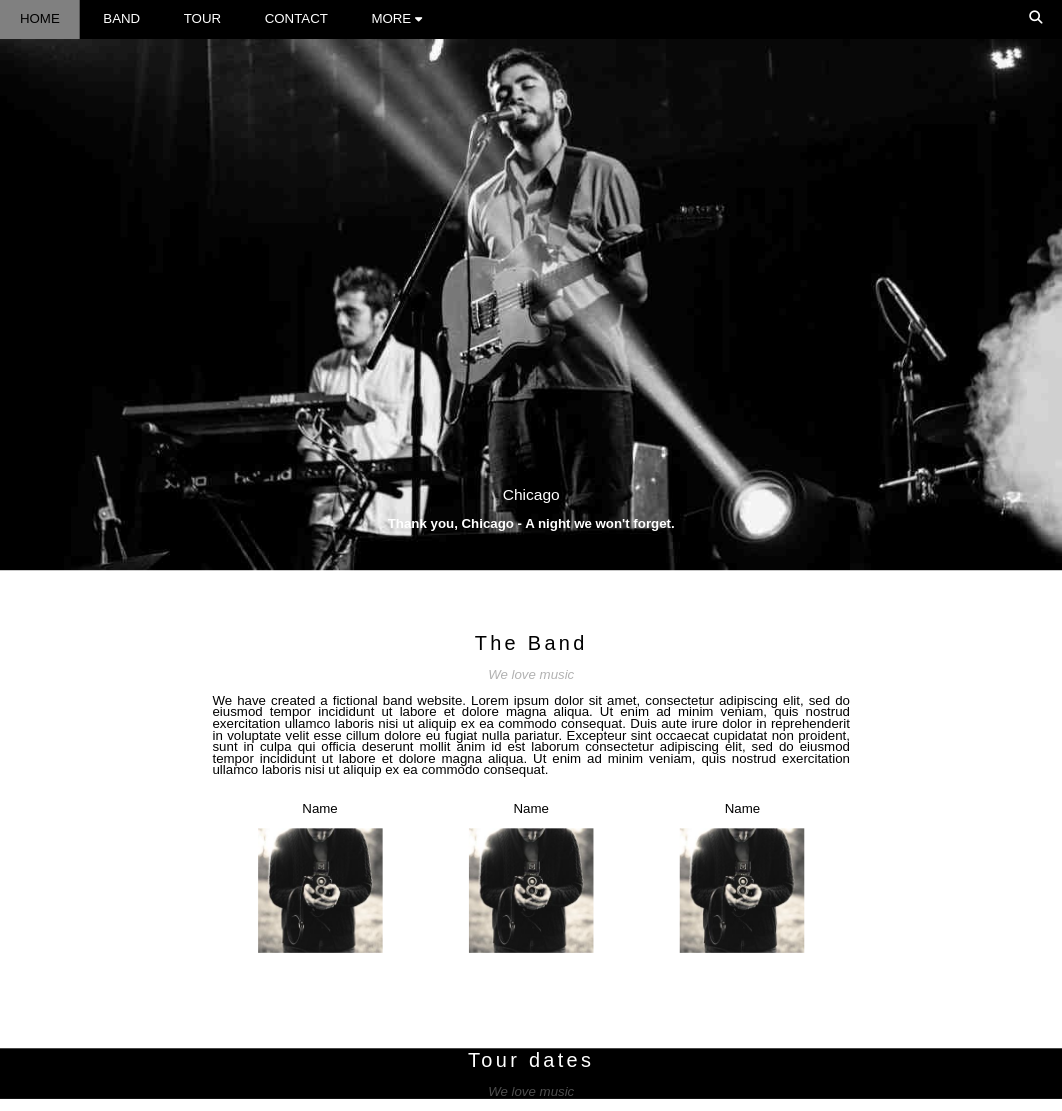
Repository: ngotranphuongbao/theband
Page: index.html
These files come from the project's save history. The page is drawn as it stood at one moment and after the next save; the edit follows.
The browser window is 1280 px wide. The pictures show the whole page, at 83% of full size.
Some web libraries are served in a nearby version.

Above is the page before, as saved 2022-12-21 09:08:41.

### index.html
<!DOCTYPE html>
<html lang="en">
<head>
    <meta charset="UTF-8">
    <meta http-equiv="X-UA-Compatible" content="IE=edge">
    <meta name="viewport" content="width=device-width, initial-scale=1.0">
    <title>Document</title>
    <link rel="stylesheet" href="./assets/css/style.css">
    <script src="https://kit.fontawesome.com/55a0c61423.js" crossorigin="anonymous"></script>
</head>
<body>
    <div id="main">
        <div id="header">
            <ul id="nav">
                <li><a href="">Home</a></li>
                <li><a href="">Band</a></li>
                <li><a href="">Tour</a></li>
                <li><a href="">Contact</a></li>
                <li>
                    <a href="">
                        More
                        <i class="fa-solid fa-caret-down"></i>
                    </a>
                    <ul id="subnav">
                        <li><a href="">Merchandise</a></li>
                        <li><a href="">Extras</a></li>
                        <li><a href="">Media</a></li>
                    </ul>
                </li>
            </ul>
            <div id="search">
                <i class="fa-solid fa-magnifying-glass"></i>
            </div>
        </div>

        <div id="slider">
            <div id="slider-caption">
                <h3>Chicago</h3>
                <p><b>Thank you, Chicago - A night we won't forget.</b></p>
            </div>

        </div>

        <div id="content">
            <div id="the-band">
                <div class="section-name">
                    <h2 class="section-title">The Band</h2>
                    <p class="section-subtitle">We love music</p>
                </div>
                <p id="the-band-content">We have created a fictional band website. Lorem ipsum dolor sit amet, consectetur adipiscing elit, sed do eiusmod tempor incididunt ut labore et dolore magna aliqua. Ut enim ad minim veniam, quis nostrud exercitation ullamco laboris nisi ut aliquip ex ea commodo consequat. Duis aute irure dolor in reprehenderit in voluptate velit esse cillum dolore eu fugiat nulla pariatur. Excepteur sint occaecat cupidatat non proident, sunt in culpa qui officia deserunt mollit anim id est laborum consectetur adipiscing elit, sed do eiusmod tempor incididunt ut labore et dolore magna aliqua. Ut enim ad minim veniam, quis nostrud exercitation ullamco laboris nisi ut aliquip ex ea commodo consequat.</p>
                <div id="member">
                    <div class="member-info">
                        <p class="member-name">Name</p>
                        <img src="/assets/image/member/bandmember.jpg" alt="" class="member-photo">
                    </div>

                    <div class="member-info">
                        <p class="member-name">Name</p>
                        <img src="/assets/image/member/bandmember.jpg" alt="" class="member-photo">
                    </div>

                    <div class="member-info">
                        <p class="member-name">Name</p>
                        <img src="/assets/image/member/bandmember.jpg" alt="" class="member-photo">
                    </div>

                </div>
            </div>

            <div id="tour-dates">
                <div class="section-name">
                    <h2 class="section-title">Tour dates</h2>
                    <p class="section-subtitle">We love music</p>
                </div>

            </div>

            <div id="contact">

            </div>

            <div id="picture">

            </div>

        </div>

        <div id="footer">

        </div>
    </div>

</body>
</html>

### assets/css/style.css
* {
    padding: 0px;
    margin: 0px;
    box-sizing: border-box;
}

html {
    font-family: Arial, Helvetica, sans-serif;
}

#main {

}

#header {
    height: 46.5px;
    background-color: black;
    position: fixed;
    top: 0px;
    left: 0px;
    right: 0px;
    z-index: 1;
}
#nav {
    display: inline-block;
}

#nav > li {
    display: inline-block;
    padding: 12px 24px;
    position: relative;
}

#nav > li > a {
    line-height: 22.5px;
    text-decoration: none;
    text-transform: uppercase;
    color: white;
}

#nav > li:hover {
    background-color: grey;
}

#nav > li:hover > a {
    color: black;
}

#subnav {
    display: none;
    position: absolute;
    top: 46.5px;
    left: 0px;
    box-shadow: 0px 0px 10px rgba(0, 0, 0, 0.3);
}

#subnav > li {
    display: block;
    padding: 8px 16px;
}

#subnav > li:hover {
    background-color: grey;
}

#subnav > li > a {
    text-decoration: none;
    color: black;
}

#nav > li:hover #subnav {
    display: block;
}

.fa-caret-down {
    font-size: 14px;
}

#search {
    padding: 12px 24px;
    float: right;
    cursor: pointer;
}

#search:hover {
    background-color: red;
}

.fa-magnifying-glass {
    line-height: 22.5px;
    color: white;
}

#slider {
    margin-top: 46.5px;
    padding-top: 50%;
    background: url(/assets/image/slider/chicago.jpg) top center / cover no-repeat;
    position: relative;

}

#slider-caption {
    position: absolute;
    bottom: 0px;
    width: 100%;
    padding: 32px 16px;
    text-align: center;
}

#slider-caption h3 {
    color: white;
    font-weight: 400;
    margin: 10px;
}

#slider-caption p {
    color: white;
    margin: 15px;
}

#content {

}

#the-band {
    width: 800px;
    padding: 64px 16px;
    margin: auto;
}

.section-name {
    text-align: center;
}

.section-name .section-title {
    margin: 10px;
    letter-spacing: 4px;
    font-weight: 400;
}

.section-name .section-subtitle {
    margin: 15px;
    font-style: italic;
    opacity: 0.3;
}

#the-band-content {
    margin-bottom: 15px;
    text-align: justify;
    line-height: 14px;
}

#member {
    text-align: center;
    /* margin: 32px;  */
}

.member-info {
    display: inline-block;
    width: 250px;
    height: 217px;
    text-align: center;
}

.member-info .member-photo {
    width: 60%;
}

.member-info .member-name {
    margin: 15px;
}

#tour-dates {
    margin-top: 32px;
    background-color: black;
}

#tour-dates .section-name {
    color: white;
}


#footer {

}

After the next save:
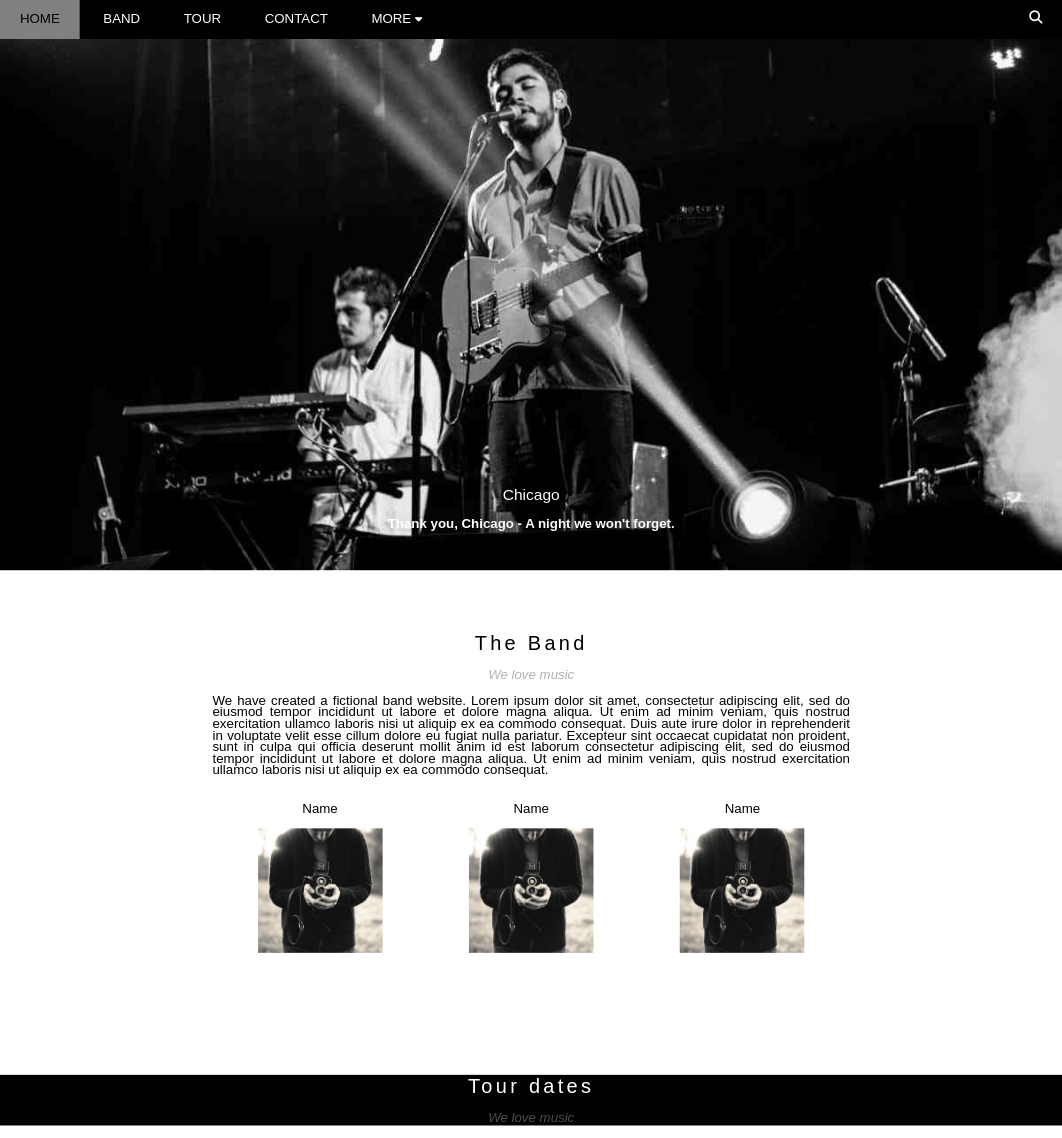
Saved 51 s later.
--- a/assets/css/style.css
+++ b/assets/css/style.css
@@ -171,7 +171,7 @@ html {
 }
 
 #tour-dates {
-    margin-top: 32px;
+    margin-top: 64px;
     background-color: black;
 }
 

After the save that followed:
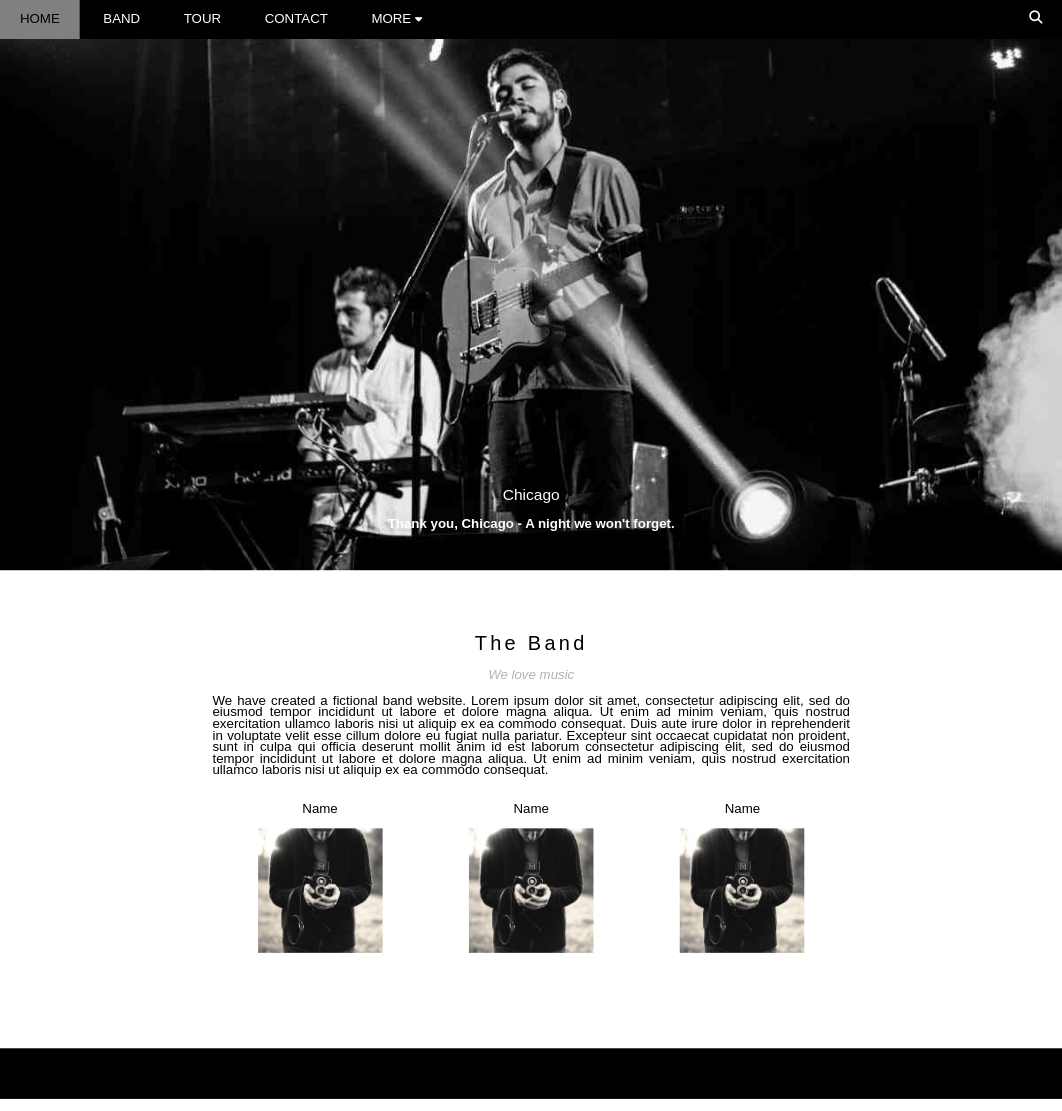
Saved 51 s later.
--- a/assets/css/style.css
+++ b/assets/css/style.css
@@ -171,13 +171,10 @@ html {
 }
 
 #tour-dates {
-    margin-top: 64px;
+    margin-top: 32px;
     background-color: black;
 }
 
-#tour-dates .section-name {
-    color: white;
-}
 
 
 #footer {
